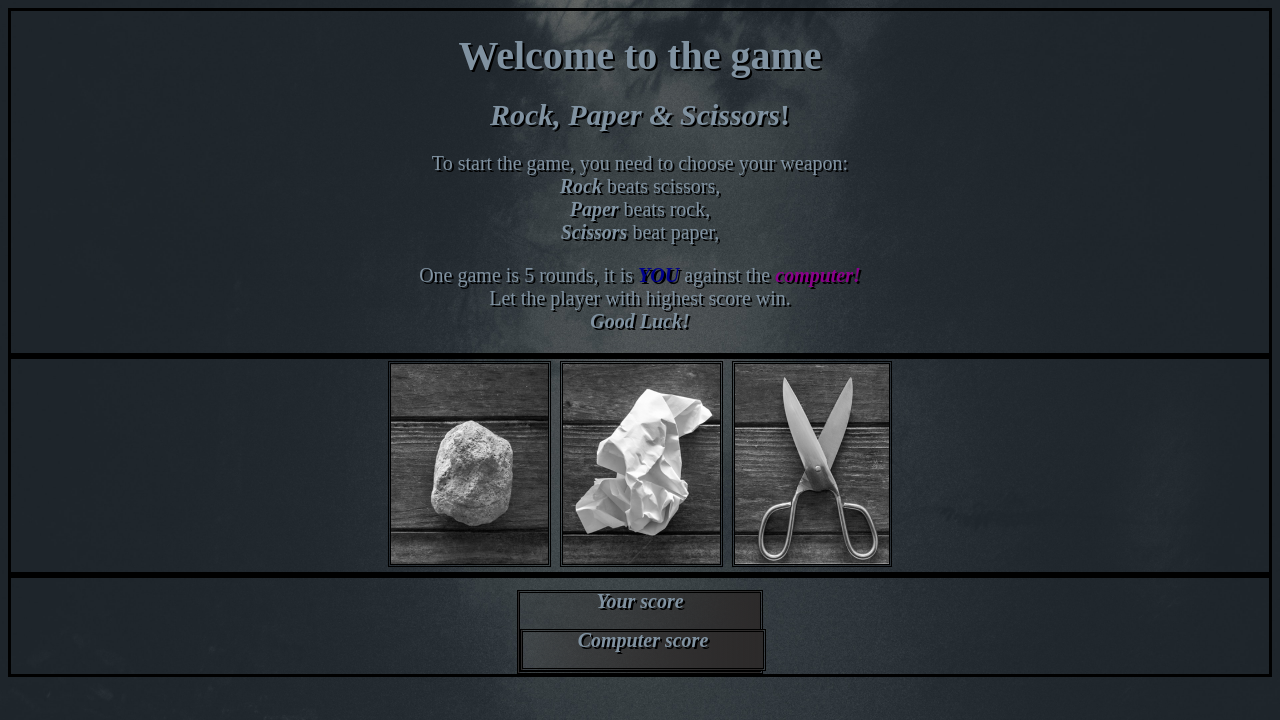
Repository: agneta1991/rock-paper-scissors
Page: Desktop/coding/index2.html
An editor plug-in stored every save of this project. The page is shown before and after the next save, followed by the edit.
The browser window is 1280 px wide. The pictures show the whole page.

Above is the page before, as saved 2023-03-06 08:48:48.

After the next save:
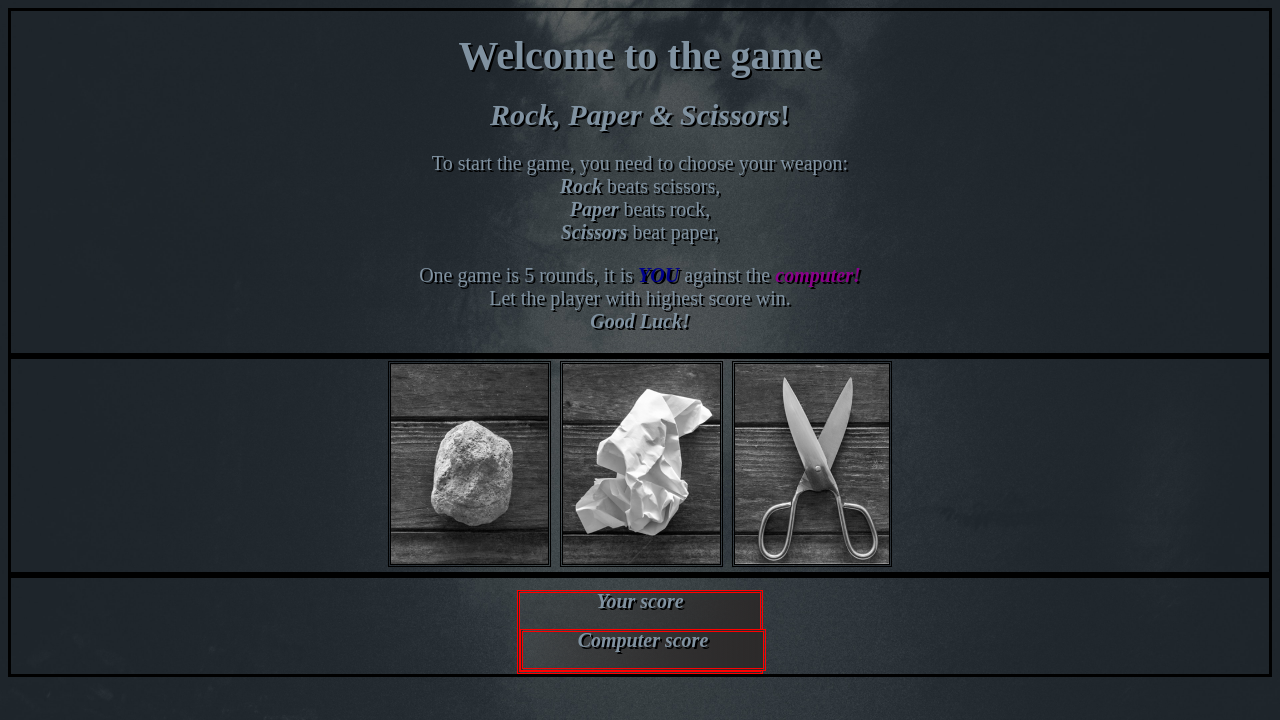
Saved 29 s later.
--- a/Desktop/coding/styles.css
+++ b/Desktop/coding/styles.css
@@ -60,7 +60,7 @@ img:hover {
 .playerScore, .computerScore {
     border-color: red;
     line-height: 80%;
-    border: black;
+
     width: 240px;
     border-style: double;
     background-image: linear-gradient(to right, rgba(156, 146, 146, 0.055),rgb(44, 42, 42) );
